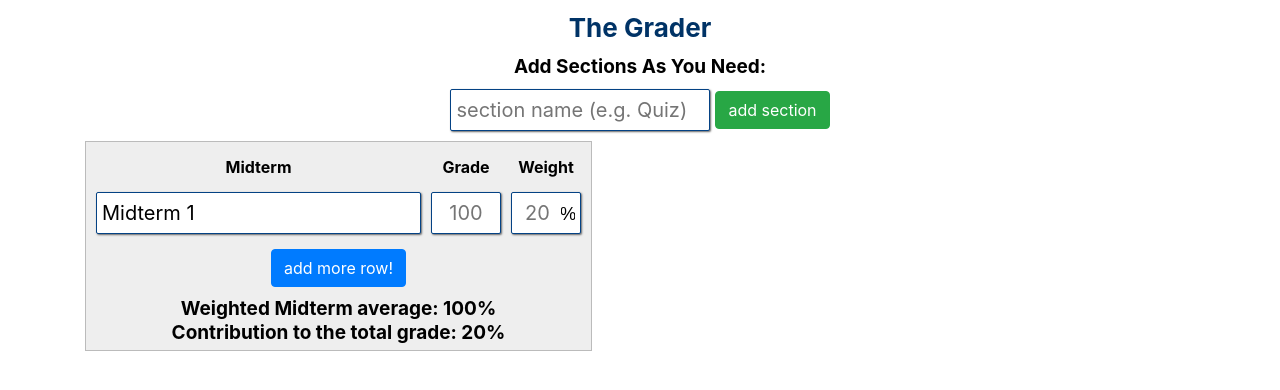
Repository: BarishNamazov/BarishNamazov.github.io
Page: thegrader/index.html
These files come from the project's save history. The page is drawn as it stood at one moment and after the next save; the edit follows.
The browser window is 1280 px wide. The pictures show the whole page.

Above is the page before, as saved 2020-10-31 18:39:52.

### thegrader/index.html
<!doctype html>
<html lang="en">
  <head>
    <meta charset="utf-8">
    <meta name="viewport" content="width=device-width, initial-scale=1, shrink-to-fit=no">

    <!-- Bootstrap CSS -->
    <link rel="stylesheet" href="https://cdn.jsdelivr.net/npm/bootstrap@4.5.3/dist/css/bootstrap.min.css" integrity="sha384-TX8t27EcRE3e/ihU7zmQxVncDAy5uIKz4rEkgIXeMed4M0jlfIDPvg6uqKI2xXr2" crossorigin="anonymous">

    <!-- Custon CSS -->
    <link rel="stylesheet" href="app.css">

    <title>The Grader</title>
  </head>
  <body>
    <div class="container">
      <div class="row">
        <div class="col-lg-12">
          <h1>The Grader</h1>

          <h3>Add Sections As You Need:</h3>

          <div class="divSectionAdder">
            <input type="text" class="sectionName" placeholder="section name (e.g. Quiz)"><button valign="center" class="btn btn-success sectionAdder" id="sectionAdder">add section</button>
          </div>

          <table class="gradePanel">
            <tbody>
              <tr>
                <td>
                  <table>
                    <tbody>
                      <tr class="rowHeader">
                        <td class="tableHeader tableName"><strong>Midterm</strong></td>
                        <td class="tableHeader"><strong>Grade</strong></td>
                        <td class="tableHeader"><strong>Weight</strong></td>
                      </tr>
                      <tr>
                        <td><input type="text" class="gradeName" value="Midterm 1"></td>
                        <td><input type="text" class="gradeValue" placeholder="100"></td>
                        <td><input type="text" class="gradeWeight percentIcon" placeholder="20"></td>
                      </tr>
                    </tbody>
                  </table>

                  <div class="moreRows"></div>

                  <button class="btn btn-primary rowAdder" id="section1RowAdder">add more row!</button>

                  <div class="gradeBar">
                    <h3>
                      Weighted <span class="nameOfSection">Midterm</span> average: <span class="sectionAverage">100</span>%
                      <br>
                      Contribution to the total grade: <span class="sectionContribution">20</span>%
                    </h3>
                  </div>
                </td>
              </tr>
            </tbody>
          </table>
          <div class="moreSections"></div>
        </div>
      </div>
    </div>



    <script src="https://code.jquery.com/jquery-3.5.1.slim.min.js" integrity="sha384-DfXdz2htPH0lsSSs5nCTpuj/zy4C+OGpamoFVy38MVBnE+IbbVYUew+OrCXaRkfj" crossorigin="anonymous"></script>
    <script src="https://cdn.jsdelivr.net/npm/bootstrap@4.5.3/dist/js/bootstrap.bundle.min.js" integrity="sha384-ho+j7jyWK8fNQe+A12Hb8AhRq26LrZ/JpcUGGOn+Y7RsweNrtN/tE3MoK7ZeZDyx" crossorigin="anonymous"></script>
    <script src="https://code.jquery.com/jquery-3.5.1.min.js" integrity="sha256-9/aliU8dGd2tb6OSsuzixeV4y/faTqgFtohetphbbj0=" crossorigin="anonymous"></script>
    <script src="scripts.js"></script>
  </body>
</html>

### thegrader/app.css
body,p,td,div,input,th,li,textarea{font-size:16px;color:#000;}

body{background:#fff;margin:0px;padding:0px;border:0;text-align: center;}

h1 {
  text-align: center;
  color: blue;
}
.divSectionAdder{
  margin: 10px auto;
  display: flex;
  align-items: center;
  justify-content: center;
}
.sectionName{
  margin-right: 5px;
  width: 260px;
}
.gradePanel{
	background:#eee;
	border: solid 1px #bbbbbb;
  padding: 10px;
  margin-bottom: 10px;
}
td{
  padding: 5px;
}

h1{color:#003366;font-size:26px;font-weight:bold;padding:0;margin:12px 0;}
#resulth1{background-color:#ffefe7;padding:0px 5px 0px 5px;border-top:#930 1px dotted;}
h2{font-size:22px;font-weight:bold;color:#003366;padding:0; margin-bottom: 2px;}
h3{font-size:19px;font-weight:bold;}
hr{border:0;color:#aaa;background-color:#aaa;height:1px;}
a{color:#069;text-decoration:underline;}
a:hover{text-decoration:none;}
input{padding: 5px;color:#000;}
select{padding: 4px;color:#000;}
option{font-size:16px;}
input[type=text],
input[type=number],
select {
	border: 1px solid #044284;
	border-radius: 2px;
	box-shadow: 1px 1px 2px #666;
	font-size:20px;
}

.tableHeader{
  text-align: center;
}
.rowHeader{
  height: 40px;
}
.gradeWeight, .gradeValue{
  text-align:center;
  width: 70px;
}
.percentIcon{
	background: white url('media/percent.svg') right 5px center no-repeat;
  padding-right: 22px;
}
.rowAdder{
  margin: 10px auto;
}
h3{
  display: inline;
}

### thegrader/scripts.js
var newRow = "<table><tbody><tr><td><input type=\"text\" class=\"gradeName\" value=\"Midterm X\" autocomplete=\"off\"></td><td><input type=\"text\" class=\"gradeValue\"></td><td><input type=\"text\" class=\"gradeWeight percentIcon\"></td></tr></tbody></table>\n ";

var newSection = "<table class=\"gradePanel\"> <tbody> <tr> <td> <table> <tbody> <tr class=\"rowHeader\"> <td class=\"tableHeader tableName\"><strong>Midterm</strong></td> <td class=\"tableHeader\"><strong>Grade</strong></td> <td class=\"tableHeader\"><strong>Weight</strong></td> </tr> <tr> <td><input type=\"text\" class=\"gradeName\" value=\"Midterm 1\" autocomplete=\"off\"></td> <td><input type=\"text\" class=\"gradeValue\" placeholder=\"100\"></td> <td><input type=\"text\" class=\"gradeWeight percentIcon\" placeholder=\"20\"></td> </tr> </tbody> </table> <div class=\"moreRows\"></div> <button class=\"btn btn-primary rowAdder\">add more row!</button> </td> </tr> </tbody> </table>";

// $("input").attr("autocomplete", "off");
// $("input:not(:.gradeName").val(null);

// var lol = 0;
// while(lol++ < 1) {
//   location.reload(true);
// }

if (!String.prototype.splice) {
  String.prototype.splice = function(start, delCount, newSubStr) {
      return this.slice(0, start) + newSubStr + this.slice(start + Math.abs(delCount));
  };
}

var sectionCount = 1;

function rowAdder(){
  var idx = $(this).parents(".gradePanel").find("table").length + 1;
  var namePanel = $(this).parents(".gradePanel").find(".tableName").text();
  var editedRow = newRow.replace("Midterm X", namePanel + " " + idx);
  $(this).parents(".gradePanel").find(".moreRows").before(editedRow);
  $(".gradeValue").change(updateSectionGrade);
  $(".gradeWeight").change(updateSectionGrade);
}
$(".rowAdder").on("click", rowAdder);

function sectionAdder(dir){
  var x = (typeof dir == "string") ? $(dir) : $(this);
  var sectionInputName = $(".sectionName").val();
  if (!sectionInputName) return;
  var editedSection = newSection.replaceAll("Midterm", sectionInputName);
  $(".moreSections").before(editedSection);
  $(".rowAdder").eq(sectionCount++).on("click", rowAdder);
  $(".sectionName").val(null);
}


$(".sectionAdder").on("click", sectionAdder);
$(".sectionName").on("keypress", function(e) {
  if (e.which == 13) {
    sectionAdder(".sectionName");
  }
})

function updateSectionGrade() {
  var section = $(this).parents(".gradePanel");
  var grades = section.find(".gradeValue"), weights = section.find(".gradeWeight");
  var contribution = 0.0;
  for (var i = 0; i < grades.length; i++) {
    // console.log(grades[i]);
    console.log(weights[i]);
    contribution += Number(grades[i].value) * Number(weights[i].value) / 100.0;
  }
  section.find(".sectionAverage").text(contribution);
}
$(".gradeValue").change(updateSectionGrade);
$(".gradeWeight").change(updateSectionGrade);

After the next save:
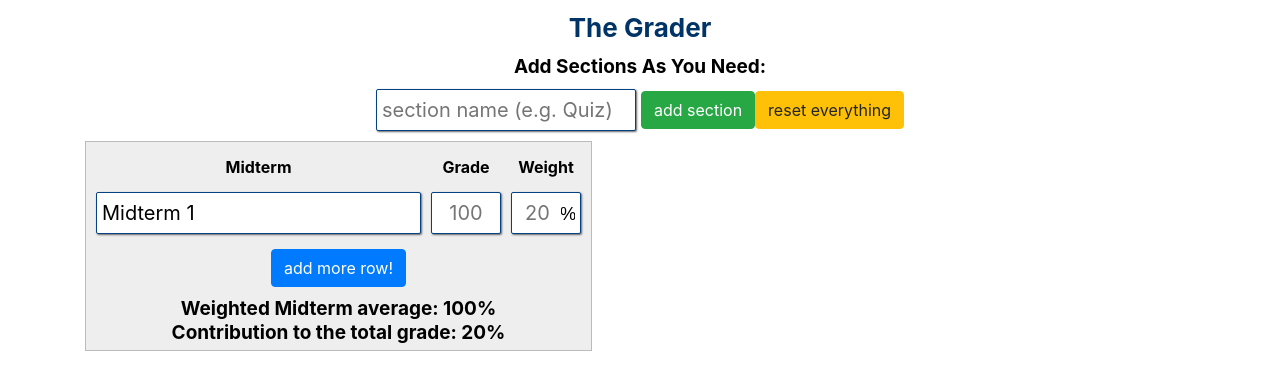
Saved 55 s later.
--- a/thegrader/index.html
+++ b/thegrader/index.html
@@ -21,7 +21,7 @@
           <h3>Add Sections As You Need:</h3>
 
           <div class="divSectionAdder">
-            <input type="text" class="sectionName" placeholder="section name (e.g. Quiz)"><button valign="center" class="btn btn-success sectionAdder" id="sectionAdder">add section</button>
+            <input type="text" class="sectionName" placeholder="section name (e.g. Quiz)"><button valign="center" class="btn btn-success sectionAdder" id="sectionAdder">add section</button> <button valign="center" class="btn btn-warning resetter">reset everything</button>
           </div>
 
           <table class="gradePanel">
